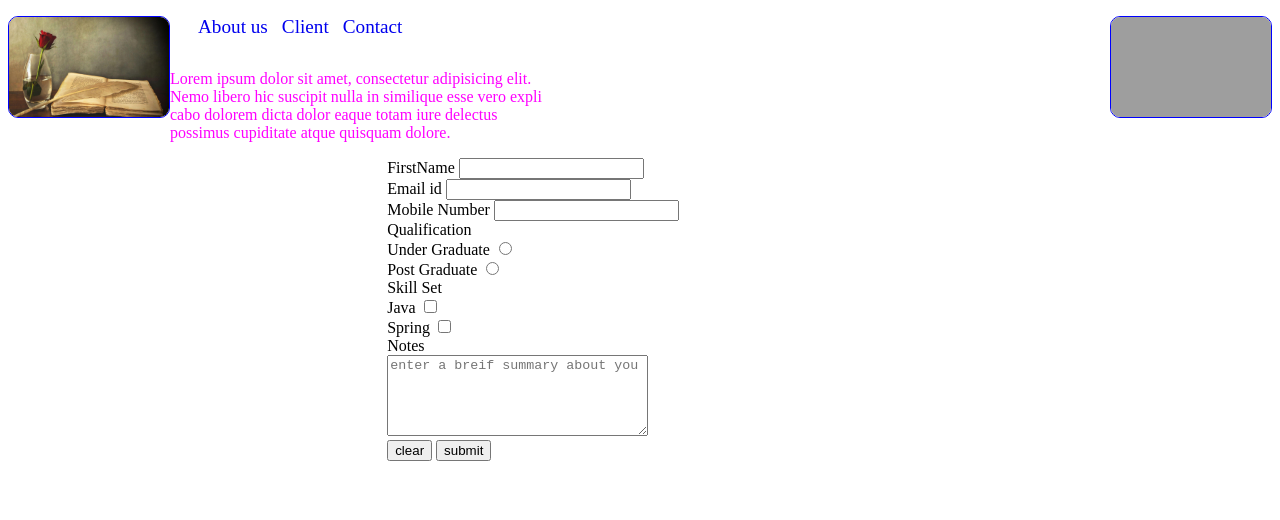
Repository: Balamurugan1914/crud_operation_without_db
Page: html_example/src/main/webapp/Registeration.html
An editor plug-in stored every save of this project. The page is shown before and after the next save, followed by the edit.
The browser window is 1280 px wide. The pictures show the whole page.
Pictures or frames that could not be fetched are drawn as grey boxes.

Above is the page before, as saved 2022-06-23 06:33:57.

### html_example/src/main/webapp/Registeration.html
<!DOCTYPE html>
<html>
<head>
<meta charset="UTF-8">
<title>Regesteration Portal</title>
<link href="style/mycssfilestyle.css" type="text/css" rel="stylesheet">
<style type="text/css">



ul>li{
display: inline;

}

a{

text-decoration: none;
font-size: 1.2em;

}

.smallImage{

width: 160px;
height: 100px;
border: 1px solid blue;
border-radius: 10px


}


</style>
</head>
<body>
	<header>
	<img alt="image of book" src="images/books.jpg" class="smallImage left"  >
	<img alt="image of book" src="images/book.jpeg" class="smallImage right">
		<nav>
		<ul style="margin-left: 150px">
		<li><a href="aboutus.html">About us</a></li>
		<li style="margin-left: 10px"><a href="client.html">Client</a></li>
		<li style="margin-left: 10px"><a href="contact.html">Contact</a></li>

</ul>
		</nav>
     </header>

	<section style="width: 100%">

			<article style="width: 30%" class="left">
			<p style="color: magenta">Lorem ipsum dolor sit amet, consectetur adipisicing elit. Nemo libero hic suscipit nulla in similique esse vero expli
cabo dolorem dicta dolor eaque totam iure delectus possimus cupiditate atque quisquam dolore.</p>

			</article>
			<article style="width: 70%" class="right">
			<form action="client.html" method="get">
				<div><label for="firstName">FirstName</label>
				<input type="text" name="firstName" id="firstName" required"/></div>
				<div><label for="email">Email id</label>
				<input type="email" name="email" id="email" multiple="multiple" /></div>

				<div><label for="mobile">Mobile Number</label>
				<input type="tel" name="phonenumber" id="mobile" pattern="[0-9]{10}"/></div>
				<div><label for="">Qualification</label></div>
				<div><label for="ug">Under Graduate</label>
				<input type="radio" value="Under Graduate" name="qualification" id="ug" /></div>
				<div><label for="pg">Post Graduate</label>
				<input type="radio" value="Post Graduate" name="qualification" id="pg" /></div>
				<div><label for="">Skill Set</label></div>
				<div><label for="java">Java</label>
				<input type="checkbox" value="java" name="skill" id="java" /></div>
			<div>	<label for="Spring">Spring</label>
				<input type="checkbox" value="Spring" name="skill" id="Spring" /></div>
				<div><label for="Notes">Notes</label></div>
				<div><textarea name="notes" rows="5" cols="30" placeholder="enter a breif summary about you"></textarea></div>
				<div><input type="reset" value="clear">
				<input type="submit" value="submit"></div>
			</form>

			</article>


		<footer></footer>
</section>


</body>
</html>

### html_example/src/main/webapp/style/mycssfilestyle.css
@charset "UTF-8";

h4{
	text-align: center;
	color: cyan;
	}

	.centerText{
	text-align: center;

	}

	.Light{

	color: blue

	}

	.medium{

	color: green

	}
	.medium1{

	color: magenta

	}
	.dark{

	color: red

	}

	table{

	border: 1px solid blue;
	border-collapse: collapse;
	margin-left: auto;
	margin-right: auto;

	}

	th,tr,td{

	border: 1px solid blue;

	}

	.background{

	background-image: url("../images/books.jpg");
	background-repeat: no-repeat;
	background-size: cover;


	}
	.background1{

	background-image: url("../images/cover.jpg");
	background-repeat: no-repeat;
	background-size: cover;


	}
	.left{

float: left;


}
.right{

float: right;


}

After the next save:
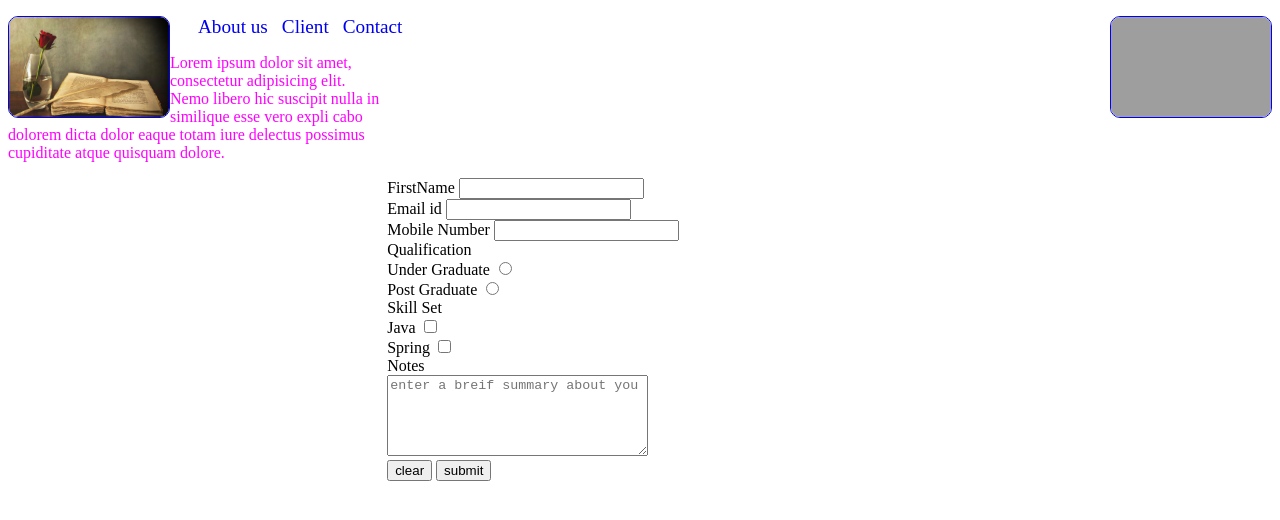
Saved 41 s later.
--- a/html_example/src/main/webapp/Registeration.html
+++ b/html_example/src/main/webapp/Registeration.html
@@ -49,7 +49,7 @@
 
 	<section style="width: 100%">
 
-			<article style="width: 30%" class="left">
+			<article style="width: 30%" class="down">
 			<p style="color: magenta">Lorem ipsum dolor sit amet, consectetur adipisicing elit. Nemo libero hic suscipit nulla in similique esse vero expli
 cabo dolorem dicta dolor eaque totam iure delectus possimus cupiditate atque quisquam dolore.</p>
 

After the 2 saves that followed:
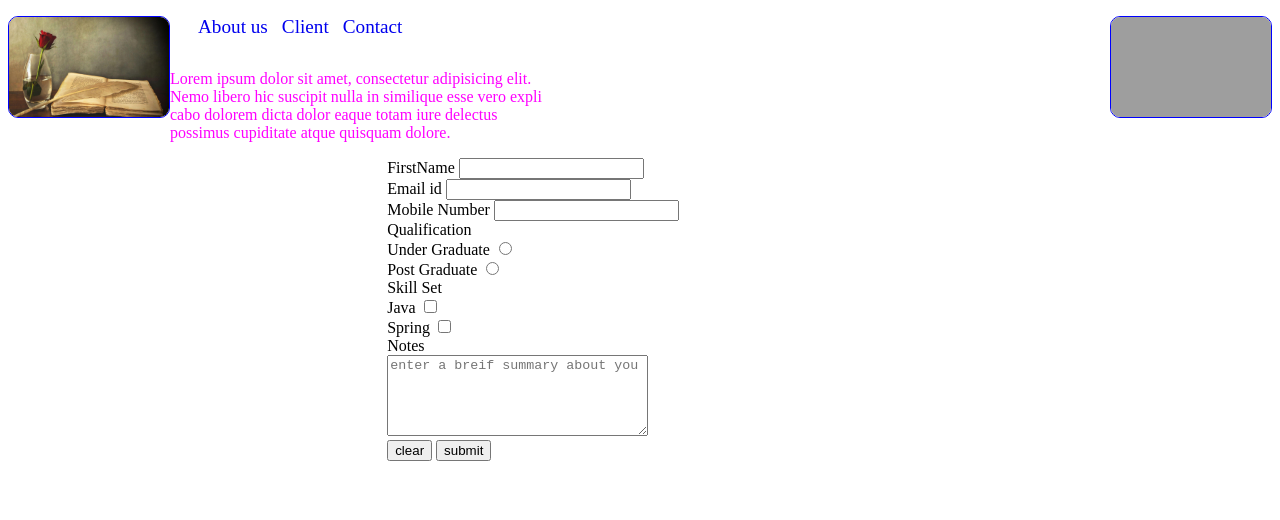
The 2 saves are shown as one change because 1 left the picture as it was.
The last was saved 38 s later.
--- a/html_example/src/main/webapp/Registeration.html
+++ b/html_example/src/main/webapp/Registeration.html
@@ -49,7 +49,7 @@
 
 	<section style="width: 100%">
 
-			<article style="width: 30%" class="down">
+			<article style="width: 30%" class="left">
 			<p style="color: magenta">Lorem ipsum dolor sit amet, consectetur adipisicing elit. Nemo libero hic suscipit nulla in similique esse vero expli
 cabo dolorem dicta dolor eaque totam iure delectus possimus cupiditate atque quisquam dolore.</p>
 
